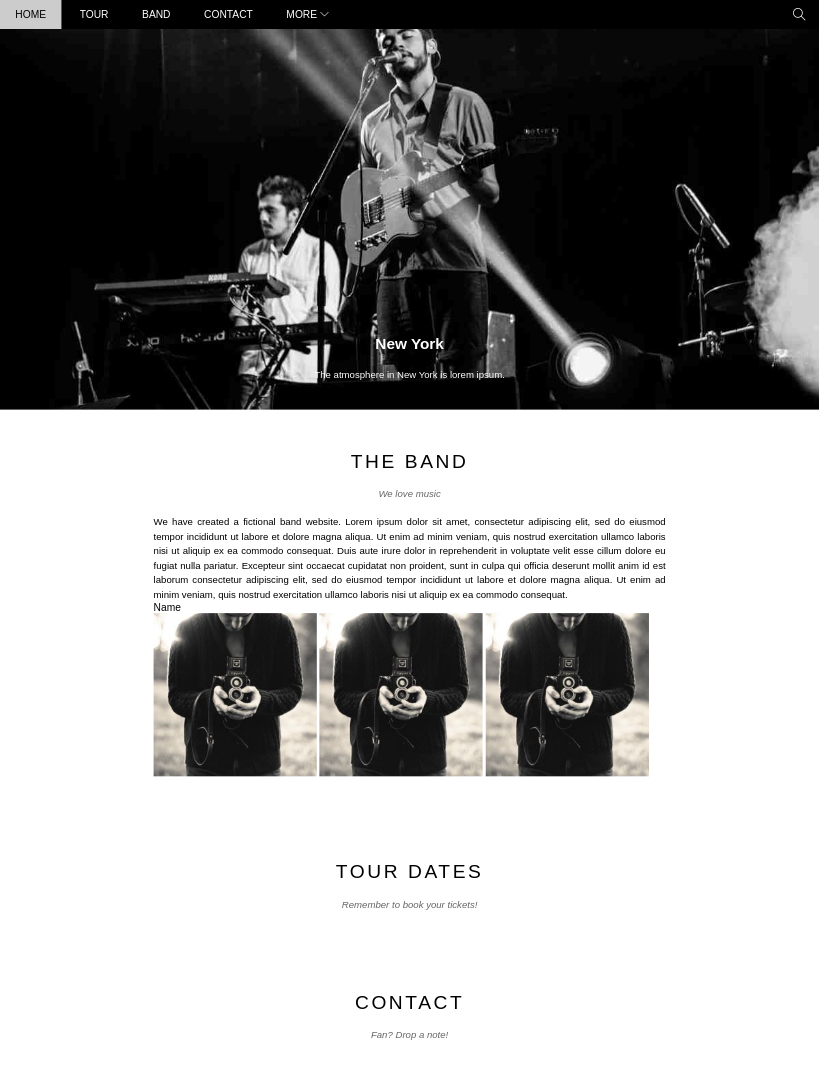
Repository: maivannhan1998/git-w3band
Page: index.html
An editor plug-in stored every save of this project. The page is shown before and after the next save, followed by the edit.
The browser window is 1280 px wide. The pictures show the whole page, at 64% of full size.

Above is the page before, as saved 2021-09-04 22:41:58.

### index.html
<!DOCTYPE html>
<html lang="en">
<head>
    <meta charset="UTF-8">
    <meta http-equiv="X-UA-Compatible" content="IE=edge">
    <meta name="viewport" content="width=device-width, initial-scale=1.0">
    <title>Document</title>
    <link rel="stylesheet" href="./asset/css/style.css">
    <link rel="stylesheet" href="./asset/fontss/themify-icons/themify-icons.css">
</head>
<body>
    <div id="main">
        <div id="header">
            <!-- Begin: nav -->
            <ul id="nav">
                <li><a href="">Home</a></li>
                <li><a href="">Tour</a></li>
                <li><a href="">Band</a></li>
                <li><a href="">Contact</a></li>
                <li><a href="">
                    More
                    <i class="nav-arrow-down ti-angle-down"></i>
                </a>
                    <ul class="subnav">
                        <li><a href="">Merchandise</a></li>
                        <li><a href="">Extras</a></li>
                        <li><a href="">Media</a></li>
                    </ul>
                </li>
            </ul>
            <!-- End: nav -->

            <!-- Begin: Search button -->
            <div class="search-btn">
                <i class="search-icon ti-search"></i>
            </div>
            <!-- End: Search button -->


        </div>

        <div id="slider">
            <div class="text-content">
                <h2 class="text-heading">New York</h2>
                <div class="text-des">The atmosphere in New York is lorem ipsum.</div>
            </div>
        </div>

        <div id="content">
            <!-- About section -->
            <div class="content-section">
                <h2 class="heading-section">THE BAND</h2>
                <p class="heading-sub-section">We love music</p>
                <p class="about-text">We have created a fictional band website. Lorem ipsum dolor sit amet, consectetur adipiscing elit, sed do eiusmod tempor incididunt ut labore et dolore magna aliqua. Ut enim ad minim veniam, quis nostrud exercitation ullamco laboris nisi ut aliquip ex ea commodo consequat. Duis aute irure dolor in reprehenderit in voluptate velit esse cillum dolore eu fugiat nulla pariatur. Excepteur sint occaecat cupidatat non proident, sunt in culpa qui officia deserunt mollit anim id est laborum consectetur adipiscing elit, sed do eiusmod tempor incididunt ut labore et dolore magna aliqua. Ut enim ad minim veniam, quis nostrud exercitation ullamco laboris nisi ut aliquip ex ea commodo consequat.</p>
                <div class="members-list">
                    <div class="member-item">
                         <p class="member-name">Name</p>
                         <img src="/asset/img/band/member1.jpg" alt="Name" class="member-img">
                         <img src="/asset/img/band/member1.jpg" alt="Name" class="member-img">
                         <img src="/asset/img/band/member1.jpg" alt="Name" class="member-img">

                    </div>
                </div>
            </div>

            <!--Tour section  -->

            <div class="content-section">
                <h2 class="heading-section">TOUR DATES</h2>
                <p class="heading-sub-section">Remember to book your tickets!</p>

            </div>

            <!-- Contact section -->

            <div class="content-section">
                <h2 class="heading-section">CONTACT</h2>
                <p class="heading-sub-section">Fan? Drop a note!</p>

            </div>

        </div>

        <div id="footer">

        </div>
    </div>
</body>
</html>

### asset/css/style.css
/* Reset CSS*/
*{
    padding: 0;
    margin: 0;
    box-sizing: border-box;
}

html{
    font-family: Arial, Helvetica, sans-serif;

}

#main{

}

#header{
    position: fixed;
    top: 0;
    left: 0;
    right: 0;
    height: 46px;
    background-color: #000;
    z-index: 1;
}

#nav {
    display: inline-block ;
}

#nav, .subnav {
    list-style-type: none;
}

#nav > li {
    display: inline-block;
}

#nav li{
    position: relative;

}

#nav > li > a {
    color: #fff;
    text-transform: uppercase;
}

#nav li a {
    padding: 0 24px;
    line-height: 46px;
    display: block;
    text-decoration: none;
}
#nav .subnav li:hover a,
#nav > li:hover > a {
    color: #000;
    background-color: #ccc;
}

#nav .subnav {
    display: none;
    position: absolute;
    top: 100%;
    left: 0;
    min-width: 160px;
    background-color: #fff;
    box-shadow: 0 0 10px rgba(0, 0, 0, 0.3);
}

#nav .subnav a {
    color: #000;
    background-color: #fff;
    padding: 0 12px;
    line-height: 38px;

}

#nav li:hover .subnav {
    display: block;
}

.nav-arrow-down {
    font-size: 14px;
}

#header .search-btn {
    float: right;
    padding: 0px 21px;

}

#header .search-btn:hover {
    cursor: pointer;
    background-color: #f44336;
}

#header .search-icon {
    color: #fff;
    font-size: 20px;
    line-height: 46px;
}

#slider{
   /* margin-top: 46px; */
   /* chỉ số % chiều ngang của chính nó (chiều cao lun bằng 1/2 chiều ngang) */
   position: relative;
   padding-top: 50%;
   background: url('/asset/img/slider/slider1.jpg') top center / cover no-repeat;
}

#slider .text-content {
    position: absolute;
    bottom: 47px;
    color: #fff;
    width: 100%;
    /* left: 50%;
   transform: translateX(-50%); */
   text-align: center;

}

#sider .text-heading {
    font-weight: 500;
    font-size: 24px;
}

#slider .text-des {
    font-size: 15px;
    margin-top: 25px;
}

#content{

}

#content .content-section {
    width: 800px;
   padding: 64px 0;
   margin-left: auto;
   margin-right: auto;

}

#content .heading-section {
    text-align: center;
    font-size: 30px;
    font-weight: 500;
    letter-spacing: 4px;
}

#content .heading-sub-section {
    text-align: center;
    font-size: 15px;
    margin-top: 25px;
    font-style: italic;
    opacity: 0.6;
}

#content .about-text {
    margin-top: 25px;
    text-align: justify;
    font-size: 15px;
    line-height: 1.5;
}

#footer{

}

Loaded but not shown: asset/fontss/themify-icons/themify-icons.css (common file)

After the next save:
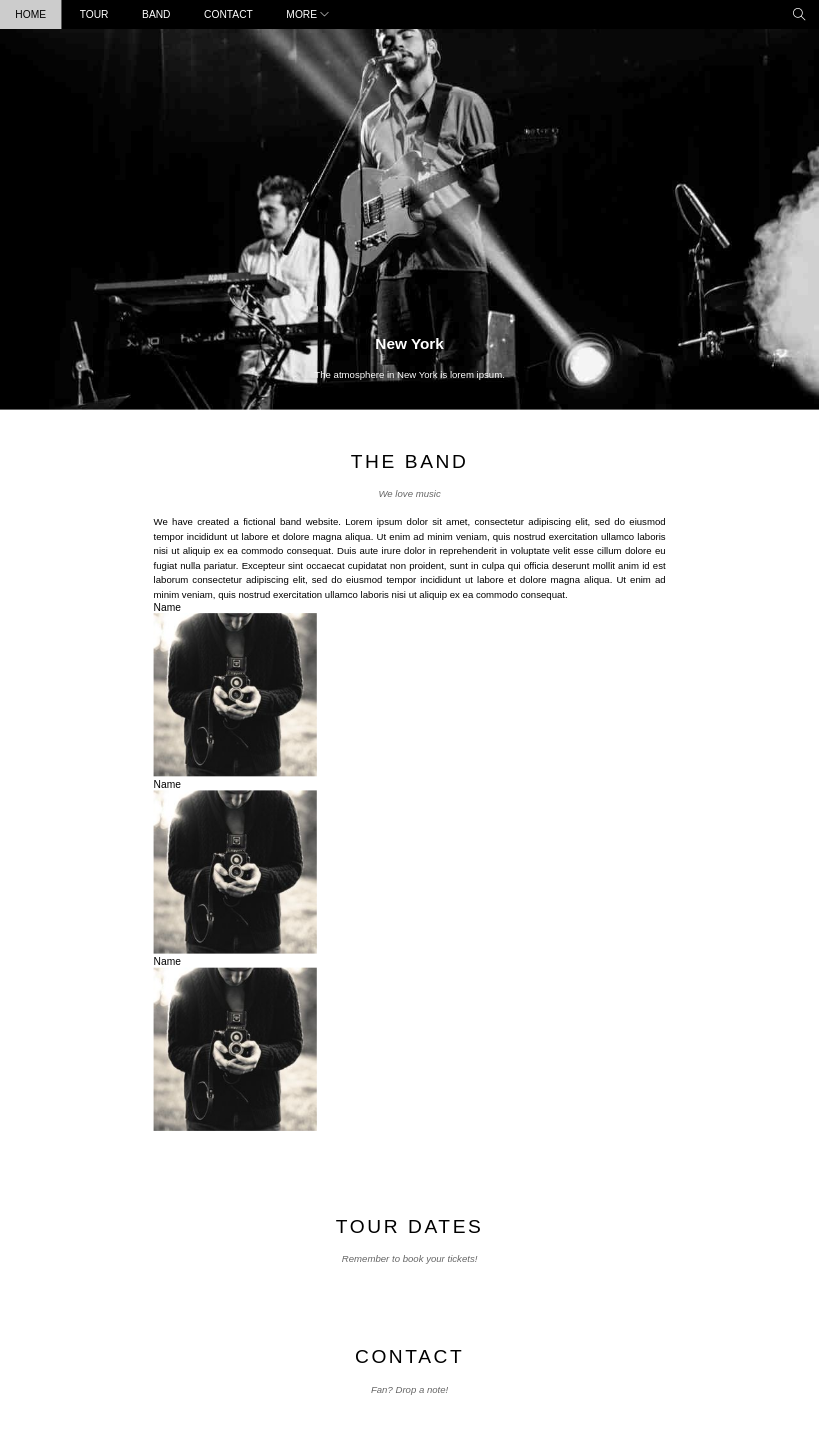
Saved 37 s later.
--- a/index.html
+++ b/index.html
@@ -56,10 +56,15 @@
                     <div class="member-item">
                          <p class="member-name">Name</p>
                          <img src="/asset/img/band/member1.jpg" alt="Name" class="member-img">
-                         <img src="/asset/img/band/member1.jpg" alt="Name" class="member-img">
-                         <img src="/asset/img/band/member1.jpg" alt="Name" class="member-img">
-
                     </div>
+                    <div class="member-item">
+                        <p class="member-name">Name</p>
+                        <img src="/asset/img/band/member1.jpg" alt="Name" class="member-img">
+                   </div>
+                   <div class="member-item">
+                    <p class="member-name">Name</p>
+                    <img src="/asset/img/band/member1.jpg" alt="Name" class="member-img">
+               </div>
                 </div>
             </div>
 
